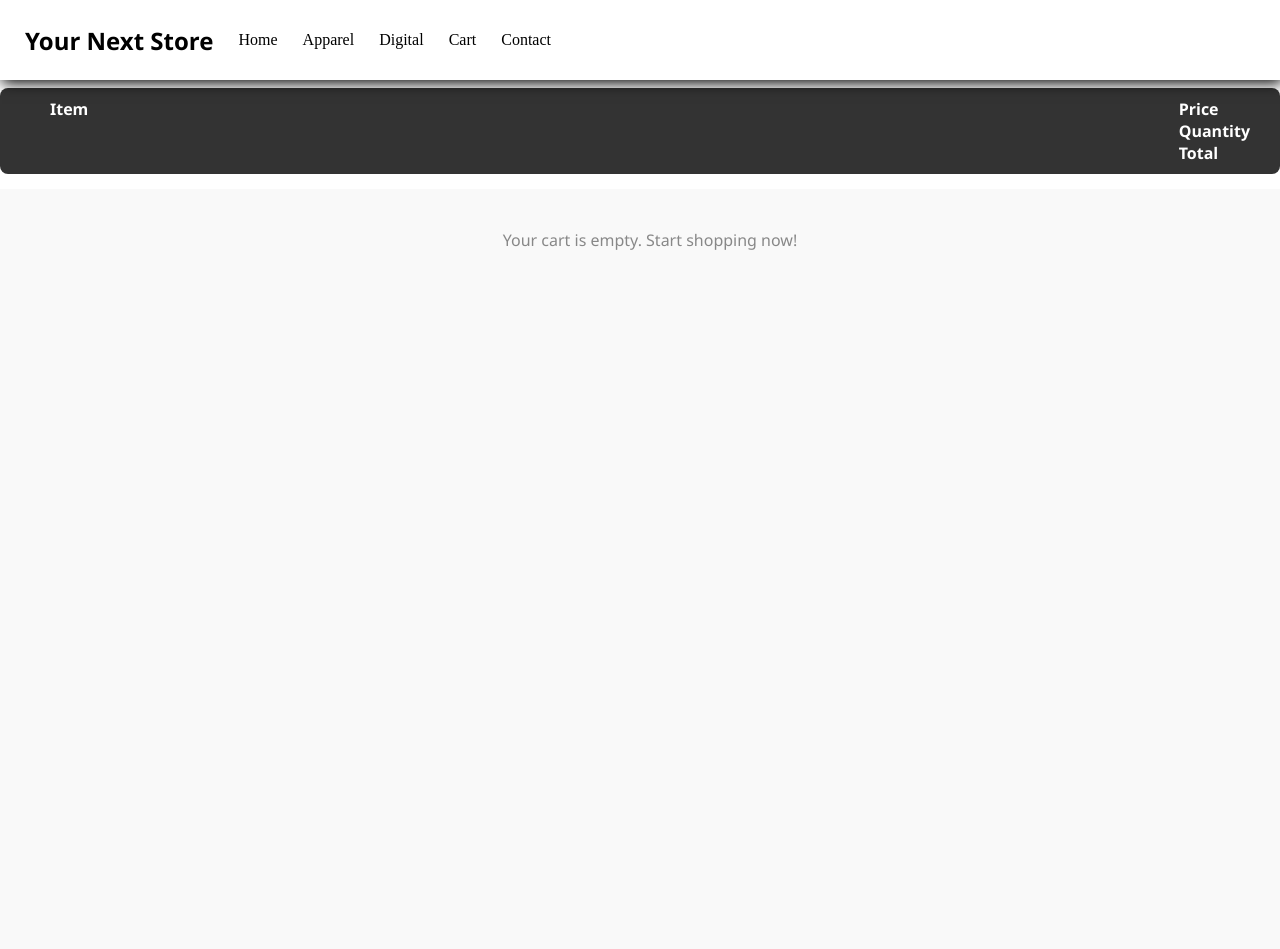
Repository: Sharathguru/React_Project1
Page: /cart
An editor plug-in stored every save of this project. The page is shown before and after the next save, followed by the edit.
The browser window is 1280 px wide. The pictures show the whole page.
The project was rebuilt for these pictures with package versions that can differ from the ones it lists, and the page was loaded fresh each time. Also part of the build but not shown: vite.config.js, src/Component/Main/Main1.jsx, src/Component/Main/Cloud.jsx, src/Component/Home.jsx, src/Component/NavbarComponent/Apparel.jsx, src/Component/NavbarComponent/Digital.jsx, src/Component/Contact.jsx, src/Component/Main/Signup.jsx and 3 more.

Above is the page before, as saved 2025-01-17 11:06:24.

After the next save:
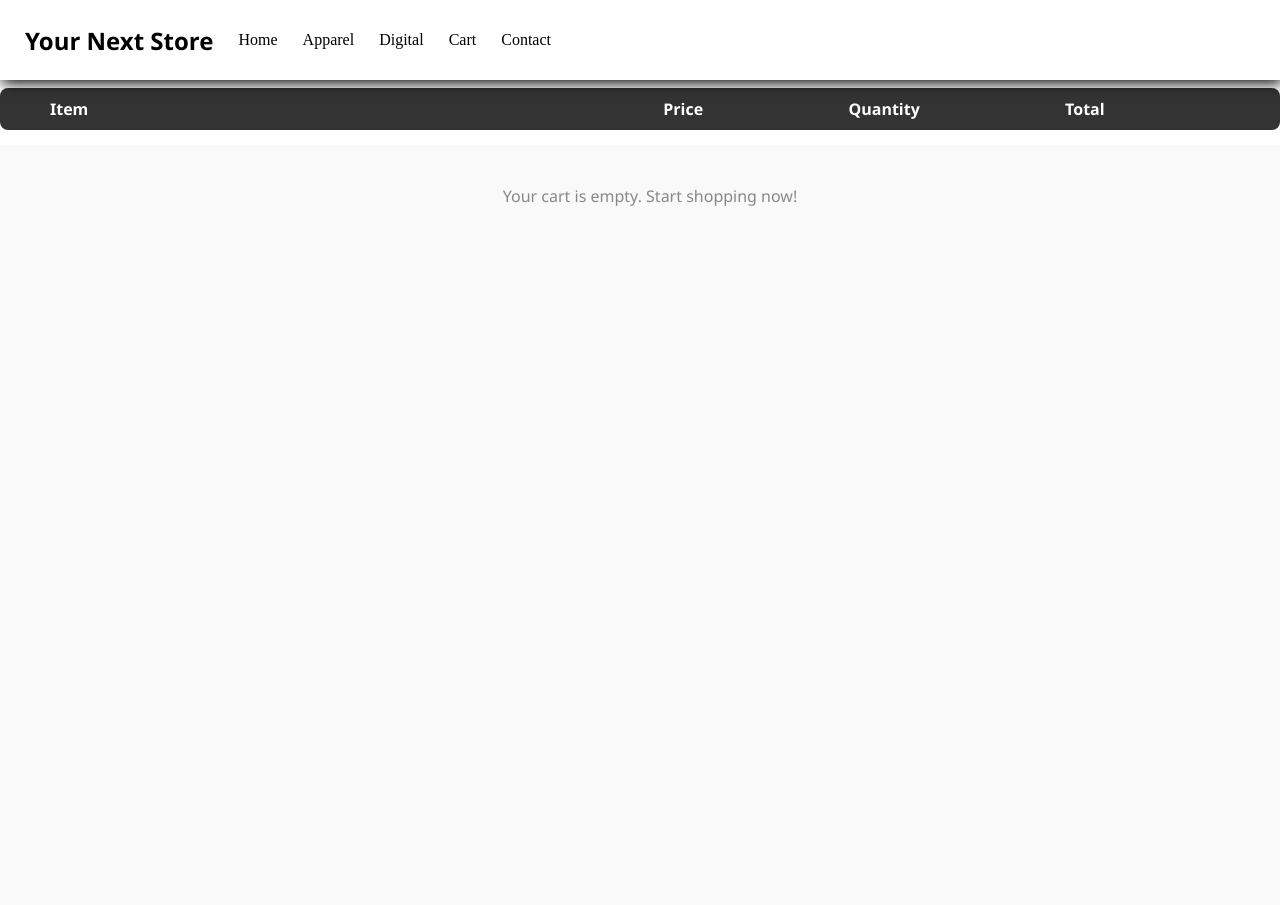
Saved 77 s later.
--- a/src/Component/NavbarComponent/Cart.jsx
+++ b/src/Component/NavbarComponent/Cart.jsx
@@ -1,4 +1,4 @@
-import React, { useState } from "react";
+import React from "react";
 import { Link } from "react-router-dom";
 
 const Cart = ({ cartItems, setCartItems }) => {
@@ -33,42 +33,34 @@ const Cart = ({ cartItems, setCartItems }) => {
 
   return (
     <div>
+      {/* Navbar */}
       <div id="navbar">
         <nav id="navbar-items">
           <div id="navbar-title">
             <h1>Your Next Store</h1>
           </div>
-          <Link className="link" to="/home">
-            Home
-          </Link>
-          <Link className="link" to="/Apparel">
-            Apparel
-          </Link>
-          <Link className="link" to="/digital">
-            Digital
-          </Link>
-          <Link className="link" to="/cart">
-            Cart
-          </Link>
-          <Link className="link" to="/contact">
-            Contact
-          </Link>
+          <Link className="link" to="/home">Home</Link>
+          <Link className="link" to="/Apparel">Apparel</Link>
+          <Link className="link" to="/digital">Digital</Link>
+          <Link className="link" to="/cart">Cart</Link>
+          <Link className="link" to="/contact">Contact</Link>
         </nav>
       </div>
-      <br />
-      <br />
-      <br />
-      <br />
+
+      {/* Cart Header */}
+      <br /><br /><br /><br />
       <div id="cart-item-navbar">
         <div id="cart-item-1">
           <h4>Item</h4>
         </div>
-        <div id="cart-item-all">
+        <div id="cart-tem-all">
           <h4>Price</h4>
           <h4>Quantity</h4>
           <h4>Total</h4>
         </div>
       </div>
+
+      {/* Cart Items */}
       <div id="cart-content">
         {cartItems && cartItems.length > 0 ? (
           cartItems.map((item) => (
@@ -76,7 +68,7 @@ const Cart = ({ cartItems, setCartItems }) => {
               <img src={item.img} alt={item.name} className="cart-item-image" />
               <div className="cart-item-details">
                 <h2>{item.name}</h2>
-                <p>Price: {item.price}</p>
+                <p>Price: ₹{item.price}</p>
                 <div id="incanddes">
                   <input
                     type="button"
@@ -90,8 +82,11 @@ const Cart = ({ cartItems, setCartItems }) => {
                     onClick={() => handleIncreaseQuantity(item.id)}
                   />
                 </div>
-                <h3>Total: {calculateItemTotal(item.price, item.quantity)}</h3>
-                <button onClick={() => handleRemoveFromCart(item.id)}>
+                <h3>Total: ₹{calculateItemTotal(item.price, item.quantity)}</h3>
+                <button
+                  className="remove-button"
+                  onClick={() => handleRemoveFromCart(item.id)}
+                >
                   Remove
                 </button>
               </div>
@@ -101,9 +96,16 @@ const Cart = ({ cartItems, setCartItems }) => {
           <p>Your cart is empty. Start shopping now!</p>
         )}
       </div>
+
+      {/* Grand Total */}
       {cartItems && cartItems.length > 0 && (
         <div id="cart-summary">
-          <h2>Grand Total: {calculateCartTotal()}</h2>
+          <h2>Grand Total: ₹{calculateCartTotal()}</h2>
+          <Link to="/Apparel">
+            <button className="continue-shopping-button">
+              Continue Shopping
+            </button>
+          </Link>
         </div>
       )}
     </div>
